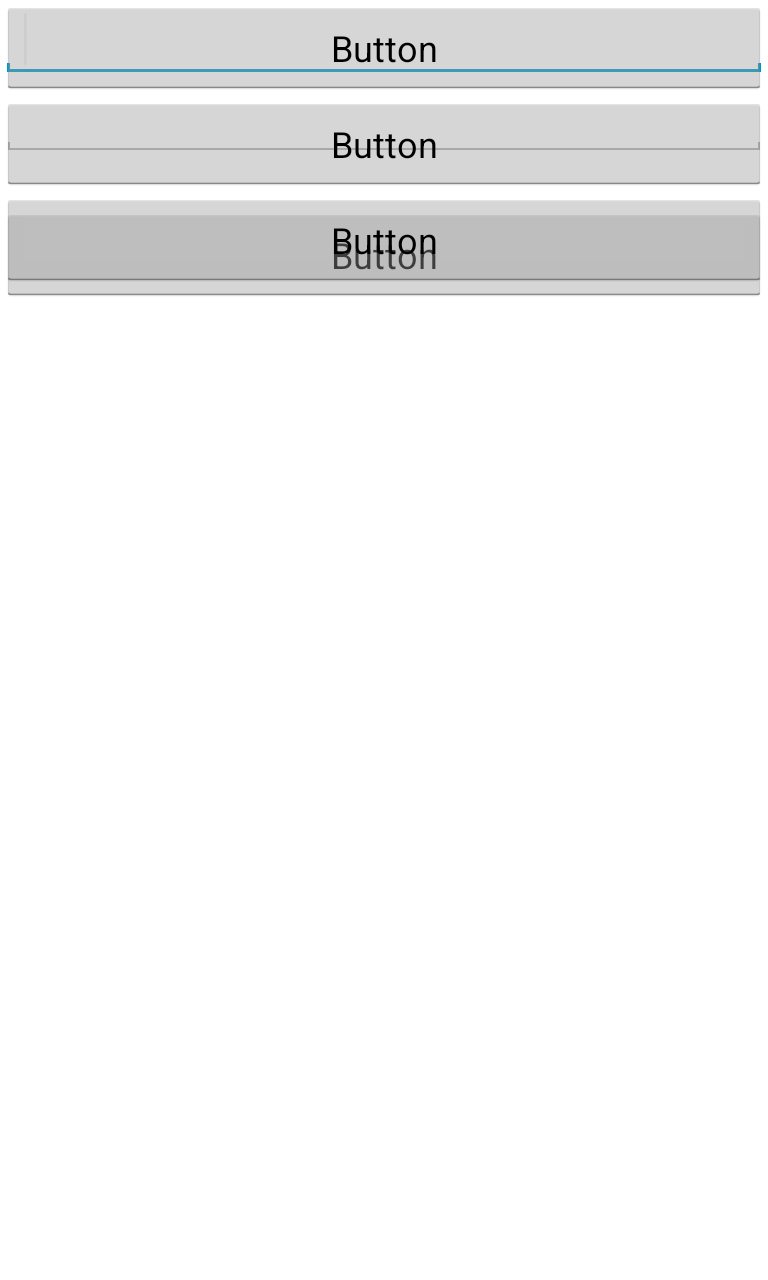
Repository: pajamasi726/AndroidExample
Layout: AndroidExample/Exam16_SQLite/res/layout/activity_main.xml
The author's editor kept a copy of each file at every save. The layout is drawn from the files as they stood at one save, then again after the next save.
It is drawn on a 768 x 1280 px phone screen (xhdpi) without system bars, with theme AppTheme; the app's code is not run.

Above is the layout before, as saved 2016-02-24 04:34:54.

After the next save:
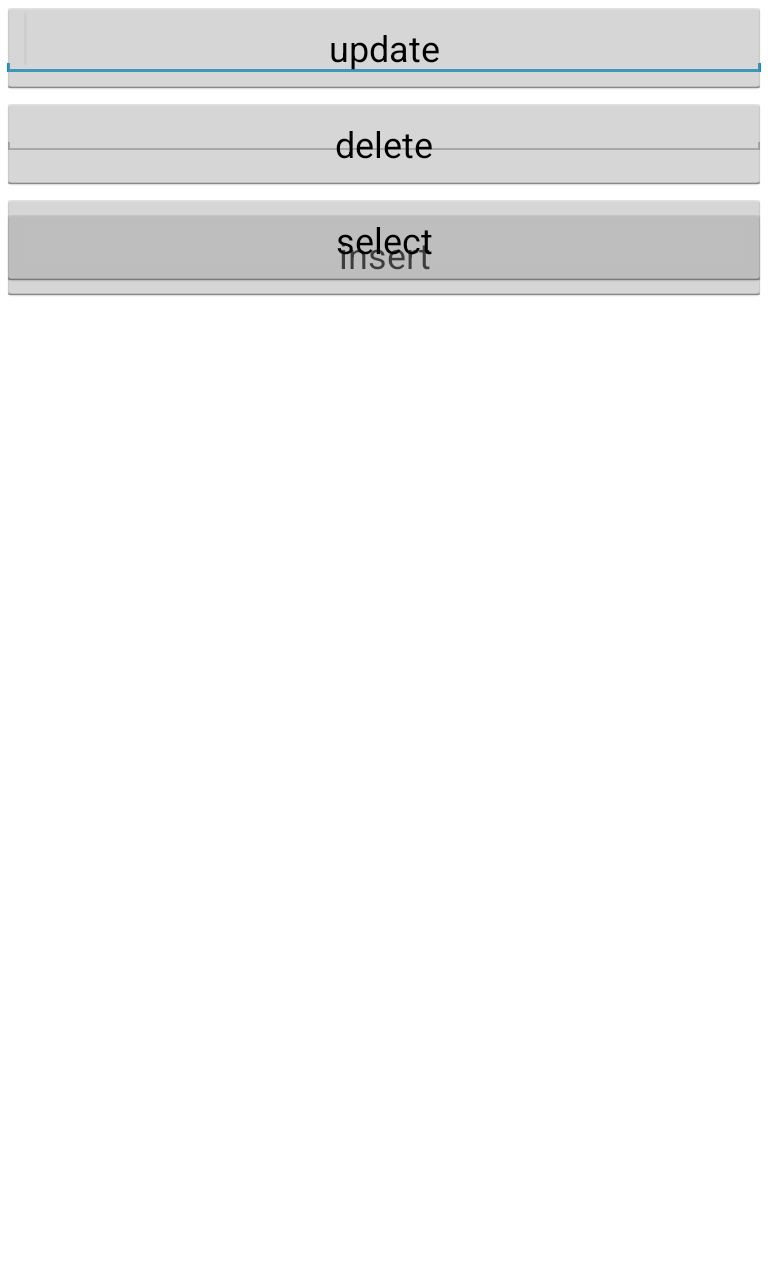
Saved 33 s later.
--- a/AndroidExample/Exam16_SQLite/res/layout/activity_main.xml
+++ b/AndroidExample/Exam16_SQLite/res/layout/activity_main.xml
@@ -41,7 +41,8 @@
         android:layout_alignParentLeft="true"
         android:layout_alignParentRight="true"
         android:layout_below="@+id/result"
-        android:text="Button" />
+        android:onClick="onClick"
+        android:text="insert" />
 
     <Button
         android:id="@+id/update"
@@ -50,7 +51,8 @@
         android:layout_alignParentLeft="true"
         android:layout_alignParentRight="true"
         android:layout_below="@+id/button1"
-        android:text="Button" />
+        android:onClick="onClick"
+        android:text="update" />
 
     <Button
         android:id="@+id/delete"
@@ -59,7 +61,8 @@
         android:layout_alignParentLeft="true"
         android:layout_alignParentRight="true"
         android:layout_below="@+id/update"
-        android:text="Button" />
+        android:onClick="onClick"
+        android:text="delete" />
 
     <Button
         android:id="@+id/select"
@@ -68,6 +71,7 @@
         android:layout_alignParentLeft="true"
         android:layout_alignParentRight="true"
         android:layout_below="@+id/delete"
-        android:text="Button" />
+        android:onClick="onClick"
+        android:text="select" />
 
 </RelativeLayout>
